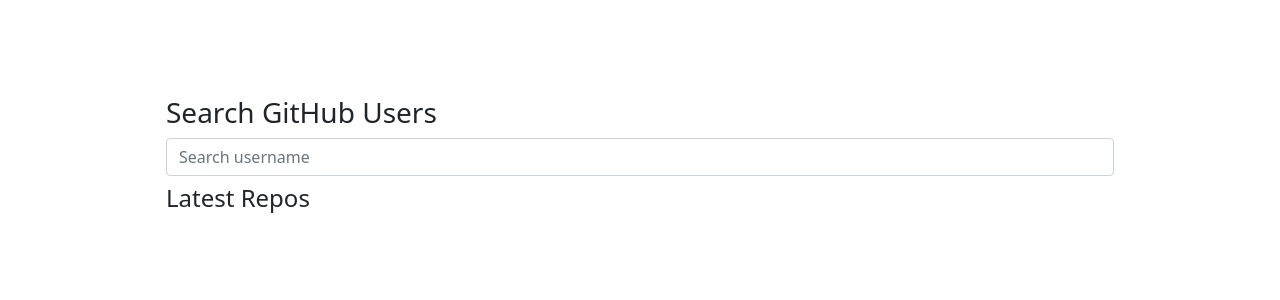
Repository: just-mann/github-finder.github.io
Page: index.html
The author's editor kept a copy of each file at every save. The page is drawn from the files as they stood at one save, then again after a run of saves.
The browser window is 1280 px wide. The pictures show the whole page.
Some web libraries are served in a nearby version.

Above is the page before, as saved 2021-04-18 06:07:26.

After the next 7 saves:
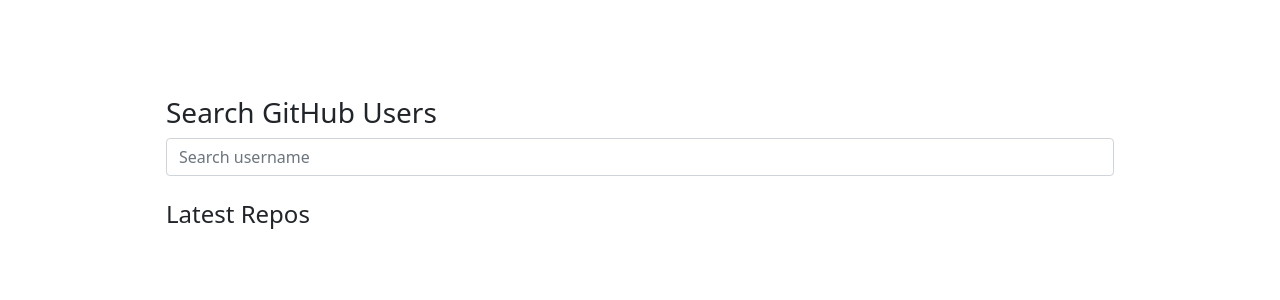
The 7 saves are shown as one change because they came seconds apart.
The last was saved 63 s later.
--- a/index.html
+++ b/index.html
@@ -17,7 +17,7 @@
             <h3>Search GitHub Users</h3>
             <input class='form-control' type="text" placeholder="Search username" id="searchUser" />
             <div id="profile"></div>
-            <h4 class='my-2'>Latest Repos</h4>
+            <h4 class='mt-4'>Latest Repos</h4>
             <div id="repo"></div>
         </div>
     </div>
